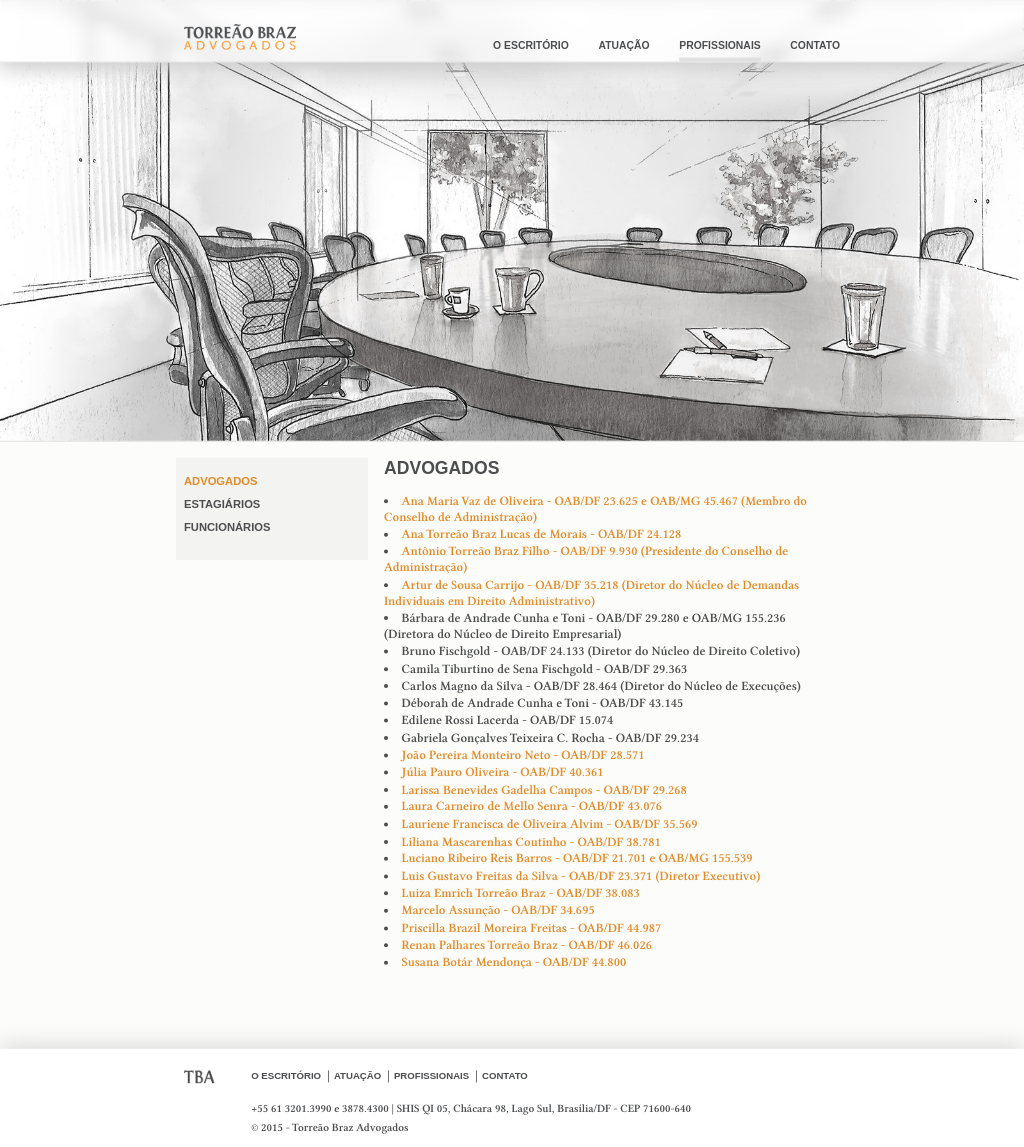
Repository: flira/torreao-braz
Page: dev/profissionais.html
The author's editor kept a record of every edit. The page is drawn from the files as they stood at one moment, then again after the next edit.
The browser window is 1280 px wide. The pictures show the whole page, at 80% of full size.
Some web libraries are served in a nearby version.

Above is the page before.

After the next edit:
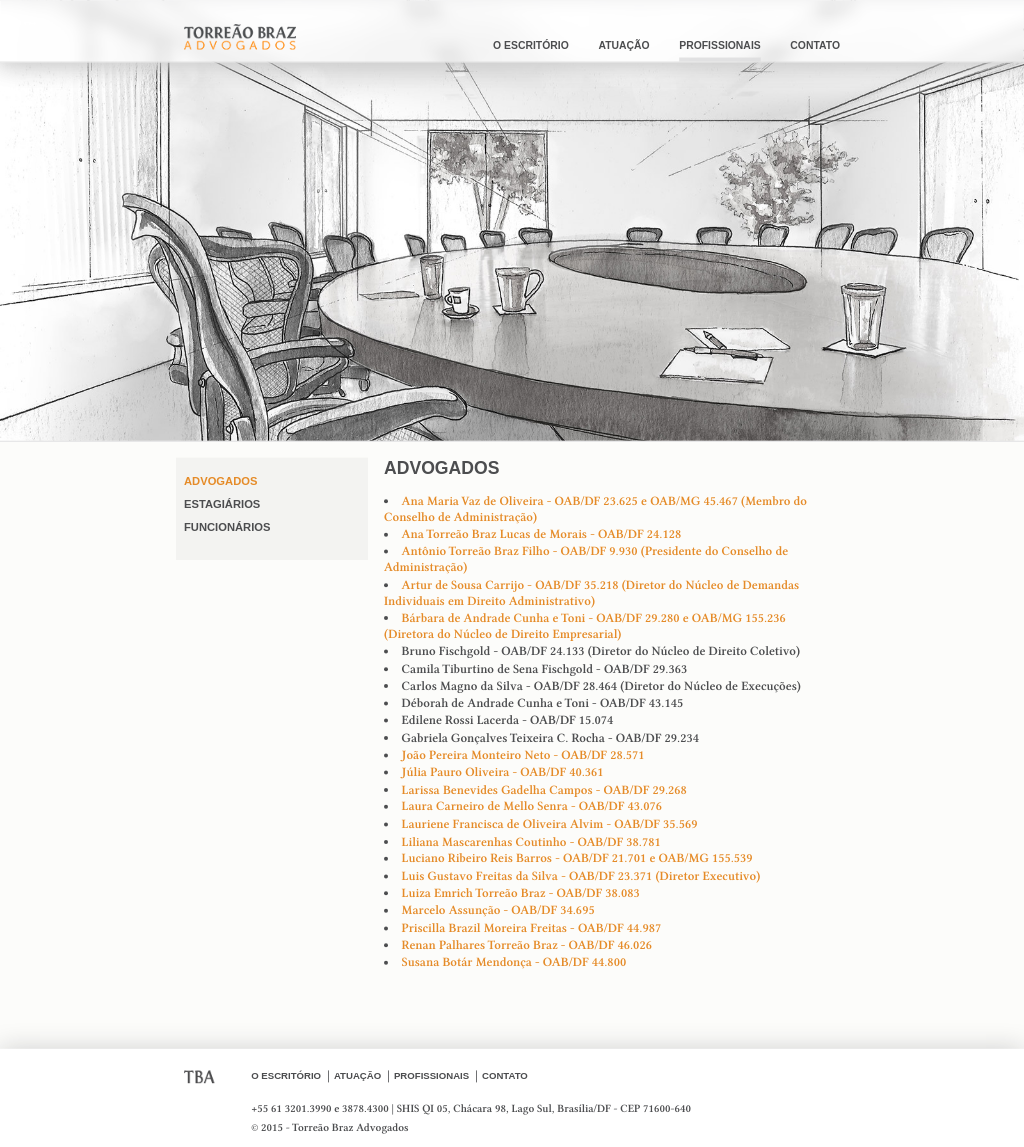
The edit:
--- a/dev/profissionais.html
+++ b/dev/profissionais.html
@@ -114,7 +114,7 @@
                 </div>
             </li>
             <li class="accordion">
-              <span>Bárbara de Andrade Cunha e Toni - OAB/DF 29.280 e OAB/MG 155.236 (Diretora do Núcleo de Direito Empresarial)</span>
+              <a href="#" class="portfolio">Bárbara de Andrade Cunha e Toni - OAB/DF 29.280 e OAB/MG 155.236 (Diretora do Núcleo de Direito Empresarial)</a>
                 <div>
                   <div class="content">
                     <a href="mailto:barbara@torreaobraz.com.br" class="email">barbara@torreaobraz.com.br</a>
